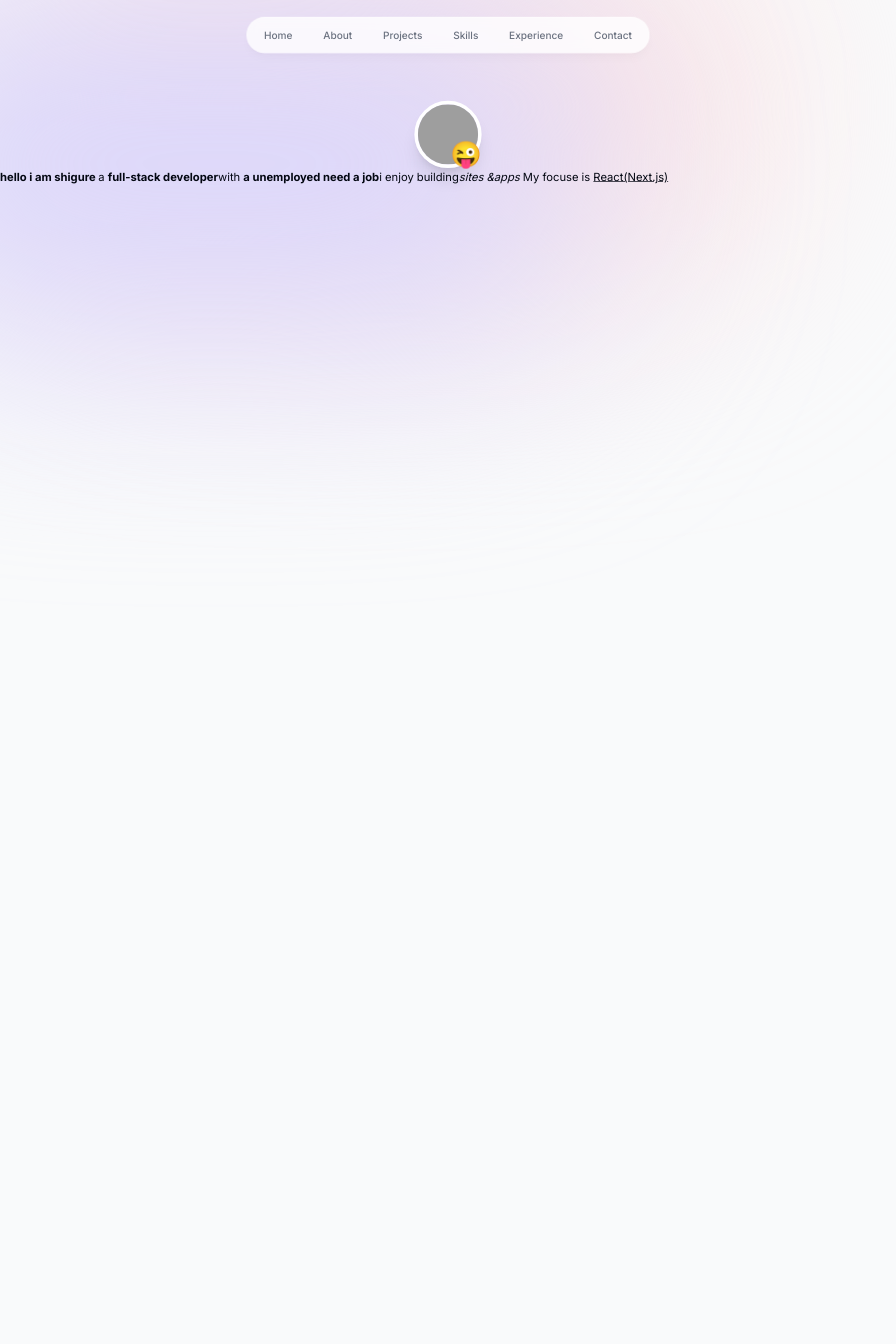
Repository: YUKIKAZE-nanoda/personal-protfolio
Page: /
These files come from the project's save history. The page is drawn as it stood at one moment and after the next save; the edit follows.
The browser window is 1280 px wide. The pictures show the part of the page from y = 0 to 1920 px (the page is 5000 px tall), at 70% of full size.
Pictures or frames that could not be fetched are drawn as grey boxes. The project was rebuilt for these pictures with package versions that can differ from the ones it lists, and the page was loaded fresh each time. The framework's server and built-in components were replaced by stand-ins that run in the browser. Also part of the build but not shown: next.config.js.

Above is the page before, as saved 2023-09-19 15:37:43.

After the next save:
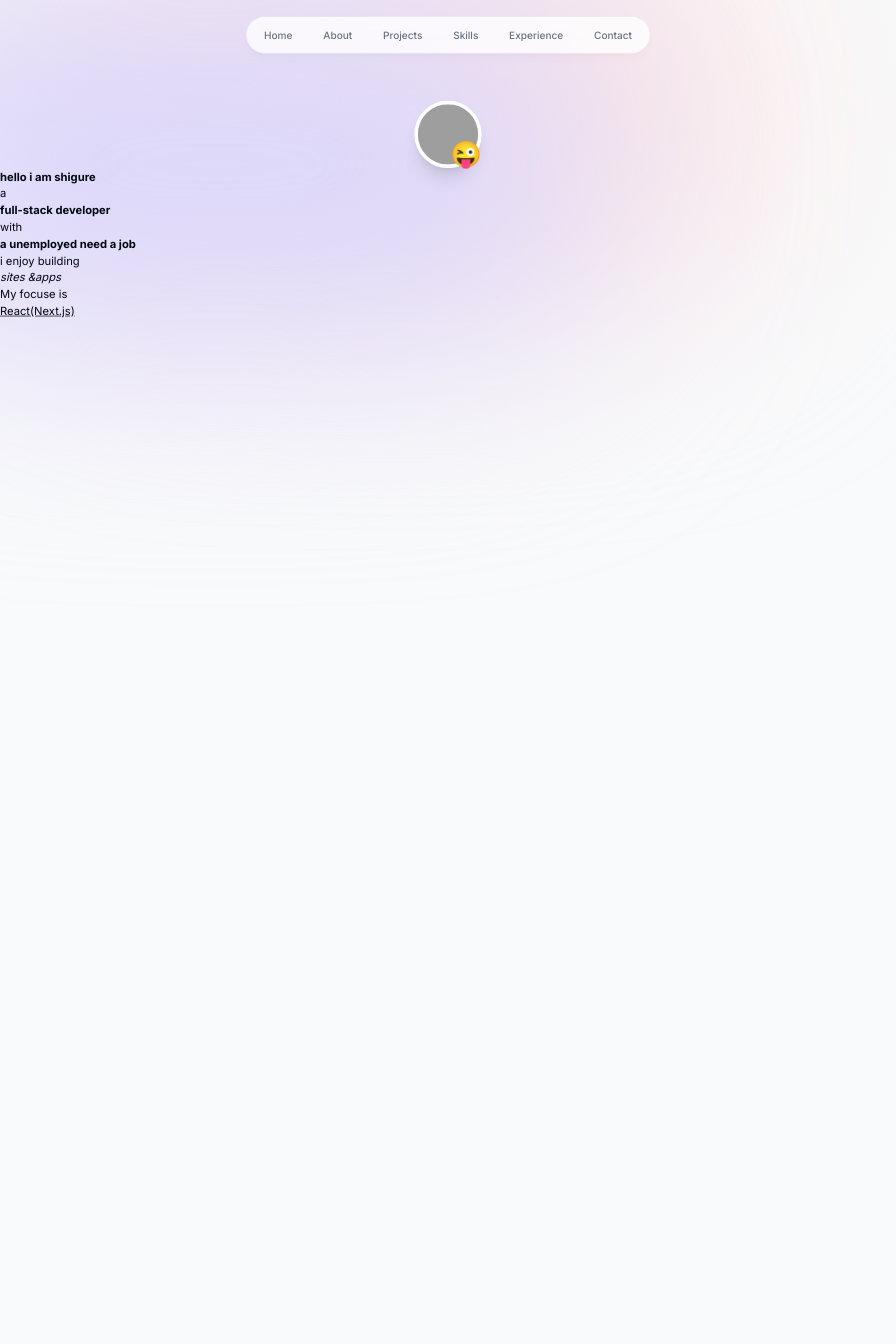
Saved 89 s later.
--- a/components/intro.tsx
+++ b/components/intro.tsx
@@ -35,7 +35,7 @@ export default function Intro() {
           </motion.span>
         </div>
       </div>
-      <p className=''>
+      <p className='flex flex-col '>
         <span className='font-bold'>hello i am shigure </span>a {""}
         <span className='font-bold'>full-stack developer</span>with {""}
         <span className='font-bold'>a unemployed need a job</span>i enjoy building<span className='italic'>sites &apps </span>My focuse is {""}
